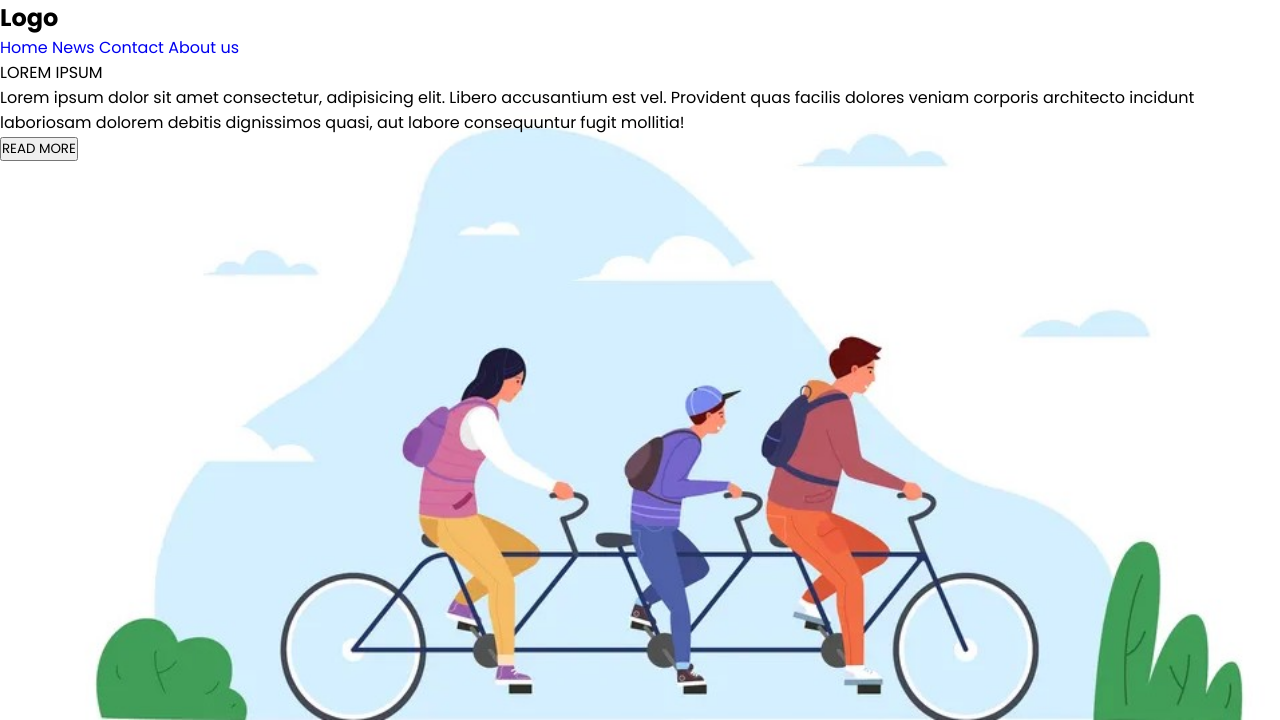
Repository: nganha241/1806
Page: index.html
An editor plug-in stored every save of this project. The page is shown before and after the next save, followed by the edit.
The browser window is 1280 px wide. The pictures show the whole page.

Above is the page before, as saved 2022-06-18 15:31:42.

### index.html
<!DOCTYPE html>
<html lang="en">
  <head>
    <meta charset="UTF-8" />
    <meta http-equiv="X-UA-Compatible" content="IE=edge" />
    <meta name="viewport" content="width=device-width, initial-scale=1.0" />
    <title>Document</title>
    <link rel="stylesheet" href="style.css" />
  </head>
  <body>
    <section>
      <header>
        <div class="logo">
          <h2>Logo</h2>
        </div>
        <div class="navigation">
          <a href="#">Home</a>
          <a href="#">News</a>
          <a href="#">Contact</a>
          <a href="#">About us</a>
        </div>
      </header>
      <div class="content">
        <div class="title">LOREM IPSUM</div>
        <p>
          Lorem ipsum dolor sit amet consectetur, adipisicing elit. Libero
          accusantium est vel. Provident quas facilis dolores veniam corporis
          architecto incidunt laboriosam dolorem debitis dignissimos quasi, aut
          labore consequuntur fugit mollitia!
        </p>
        <button class="btn-more">READ MORE</button>
      </div>
    </section>
  </body>
</html>

### style.css
@import url('https://fonts.googleapis.com/css2?family=Poppins:wght@300;400;500;600;700;800;900&display=swap');

* {
    box-sizing: border-box;
    padding: 0;
    margin: 0;
    font-family: 'Poppins', sans-serif;
}

a {
    text-decoration: none;
}

section {
    width: 100%;
    min-height: 100vh;
    display: flex;
    flex-direction: column;
    justify-content: flex-start;
    background: url('./bg.jpg');
    background-size: cover;
}

After the next save:
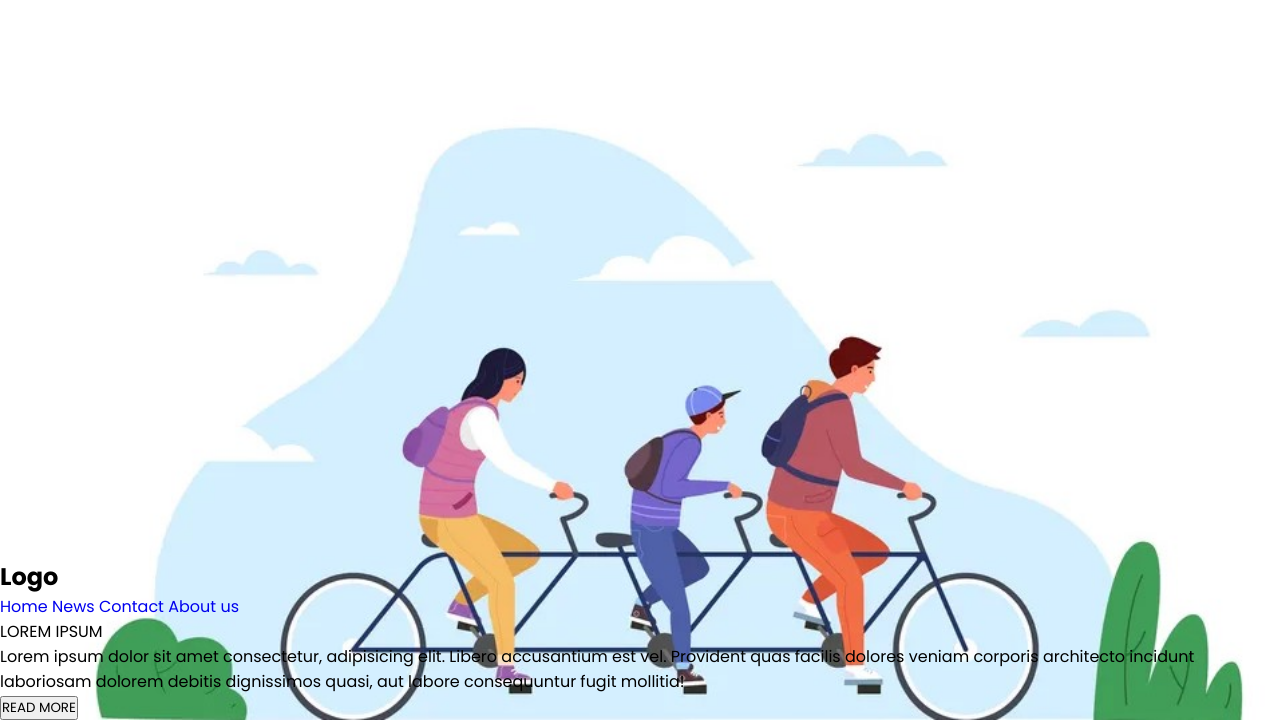
Saved 4 s later.
--- a/style.css
+++ b/style.css
@@ -16,7 +16,7 @@
     min-height: 100vh;
     display: flex;
     flex-direction: column;
-    justify-content: flex-start;
+    justify-content: flex-end;
     background: url('./bg.jpg');
     background-size: cover;
 }

After the save that followed:
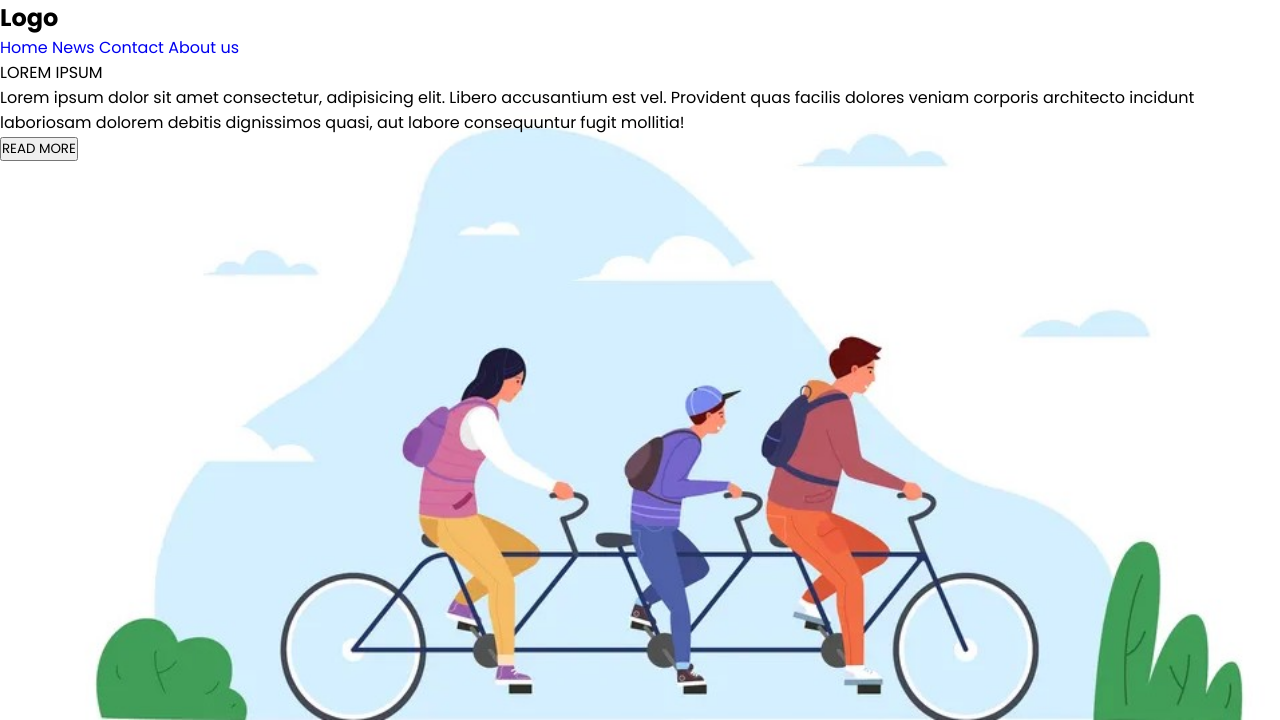
Saved 5 s later.
--- a/style.css
+++ b/style.css
@@ -16,7 +16,7 @@
     min-height: 100vh;
     display: flex;
     flex-direction: column;
-    justify-content: flex-end;
+    justify-content: flex-start;
     background: url('./bg.jpg');
     background-size: cover;
 }
